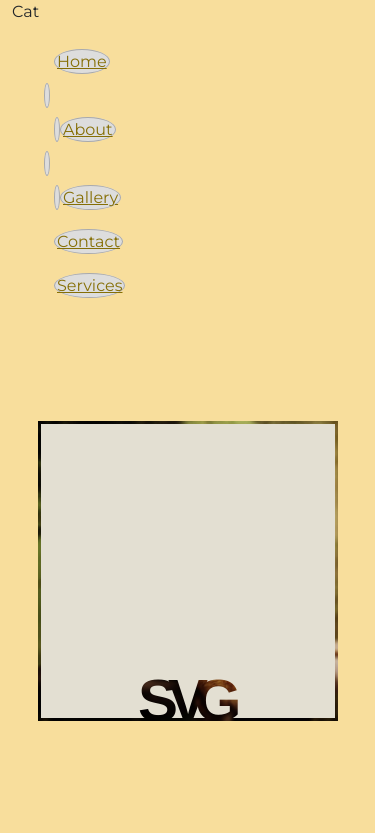
Repository: raul4264/final
Page: prueba.html
These files come from the project's save history. The page is drawn as it stood at one moment and after the next save; the edit follows.
The browser window is 375 px wide. The pictures show the whole page.

Above is the page before, as saved 2021-03-27 10:11:56.

### prueba.html
<!DOCTYPE html>
<html lang="en">

<head>
    <meta charset="UTF-8">
    <meta http-equiv="X-UA-Compatible" content="IE=edge">
    <meta name="viewport" content="width=device-width, initial-scale=1.0">
    <title>Document</title>
    <link href="https://cdn.jsdelivr.net/npm/bootstrap@5.0.0-beta3/dist/css/bootstrap.min.css" rel="stylesheet"
        integrity="sha384-eOJMYsd53ii+scO/bJGFsiCZc+5NDVN2yr8+0RDqr0Ql0h+rP48ckxlpbzKgwra6" crossorigin="anonymous">
    <script src="https://cdn.jsdelivr.net/npm/@popperjs/core@2.9.1/dist/umd/popper.min.js"
        integrity="sha384-SR1sx49pcuLnqZUnnPwx6FCym0wLsk5JZuNx2bPPENzswTNFaQU1RDvt3wT4gWFG"
        crossorigin="anonymous"></script>
    <script src="https://cdn.jsdelivr.net/npm/bootstrap@5.0.0-beta3/dist/js/bootstrap.min.js"
        integrity="sha384-j0CNLUeiqtyaRmlzUHCPZ+Gy5fQu0dQ6eZ/xAww941Ai1SxSY+0EQqNXNE6DZiVc"
        crossorigin="anonymous"></script>
    <link rel="stylesheet" href="css/prueba.css">
</head>

<body>
    <div class="container">


        <p>Cat</p>
      <p><HOUSE</p>



            <ul>
                <li ><a href="index.html">Home</li>
                <li ><a href="about.html">About</li>
                <li ><a href="Gallery.html">Gallery</a></li>
                <li ><a href="Contact.html">Contact</a></li>
                <li><a href="Services.html ">Services</a></li>
            </ul>
    </div>




<svg viewbox="0 0 50 50" width="50" height="50">
    <defs>
      <mask id="mask" x="0" y="0" width="100" height="49">
        <rect x="0.5" y="0.5" width="49" height="49" fill="#fff"/>
        <text x="20" text-anchor="middle" y="50" dy="0">S</text>
        <text x="25" id="ltrV" text-anchor="middle" y="50" dy="0">V</text>
        <text x="30" text-anchor="middle" y="50" dy="0">G</text>
      </mask>
    </defs>
    <rect x="0.5" y="0.5" width="49" height="49" mask="url(#mask)" fill-opacity="1" fill="#E3DFD2"/>
  </svg>
</body>
</html>

### css/prueba.css
@import url('https://fonts.googleapis.com/css2?family=Montserrat:wght@400;500&display=swap');
@import url('https://fonts.googleapis.com/css2?family=Montserrat:wght@400;500&family=Poppins:wght@300&display=swap');
* {
    font-family: 'Montserrat', sans-serif;
    margin: 0;
    padding: 0;
}

@media only screen and (max-width:600px) {
    body {
        background-color: rgb(248, 222, 156) !important;
        transition: all .8s ease;
    }






    a {
        background: #DDD;
        color: rgb(134, 111, 6);
        padding: 2px;
        border: 1px solid #AAA;
        border-radius: 100%;

    }
    a:hover {
        background: #FFF;
        color: #666;
        padding: 8px 14px;
        border: 1px solid #888;
        transition-property: all;
        transition-duration: 0.2s;
        transition-timing-function: ease-in;
    }
    li {
        padding: 10px;
          list-style: none;
    }

    footer {

    }
    /*.............................................................*/
  svg{
      background:url('../images/1.jpg');
      background-size:cover;
      max-height: 40vh;
      width:80vw; height:auto;
      display:block;
      margin:30vmin auto;
    }

    text {
        font-size: 10px;
        transition: font-size .4s ease-out;
        font-weight: 900;
        font-family: arial;
    }
    svg:hover text {
        transition: font-size .4s ease-in;
        font-size: 300px;
    }
}

/*-----------------------------------------------*/

After the next save:
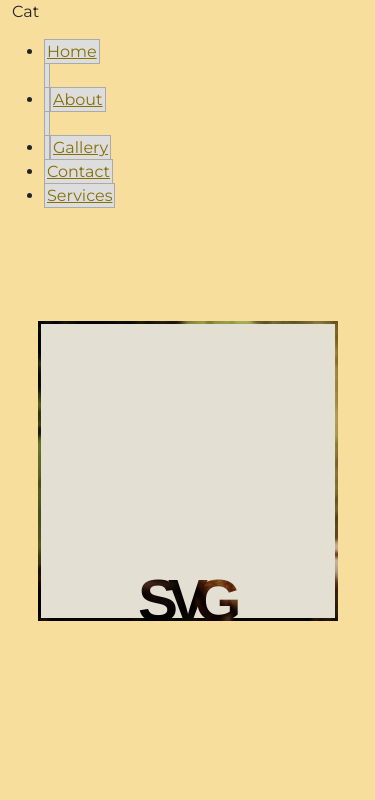
Saved 21 s later.
--- a/css/prueba.css
+++ b/css/prueba.css
@@ -13,7 +13,11 @@
     }
 
 
+    .item1 {
+        color: rgb(22, 22, 18);
 
+
+    }
 
 
 
@@ -22,8 +26,6 @@
         color: rgb(134, 111, 6);
         padding: 2px;
         border: 1px solid #AAA;
-        border-radius: 100%;
-
     }
     a:hover {
         background: #FFF;
@@ -34,9 +36,8 @@
         transition-duration: 0.2s;
         transition-timing-function: ease-in;
     }
-    li {
+    .li {
         padding: 10px;
-          list-style: none;
     }
 
     footer {
